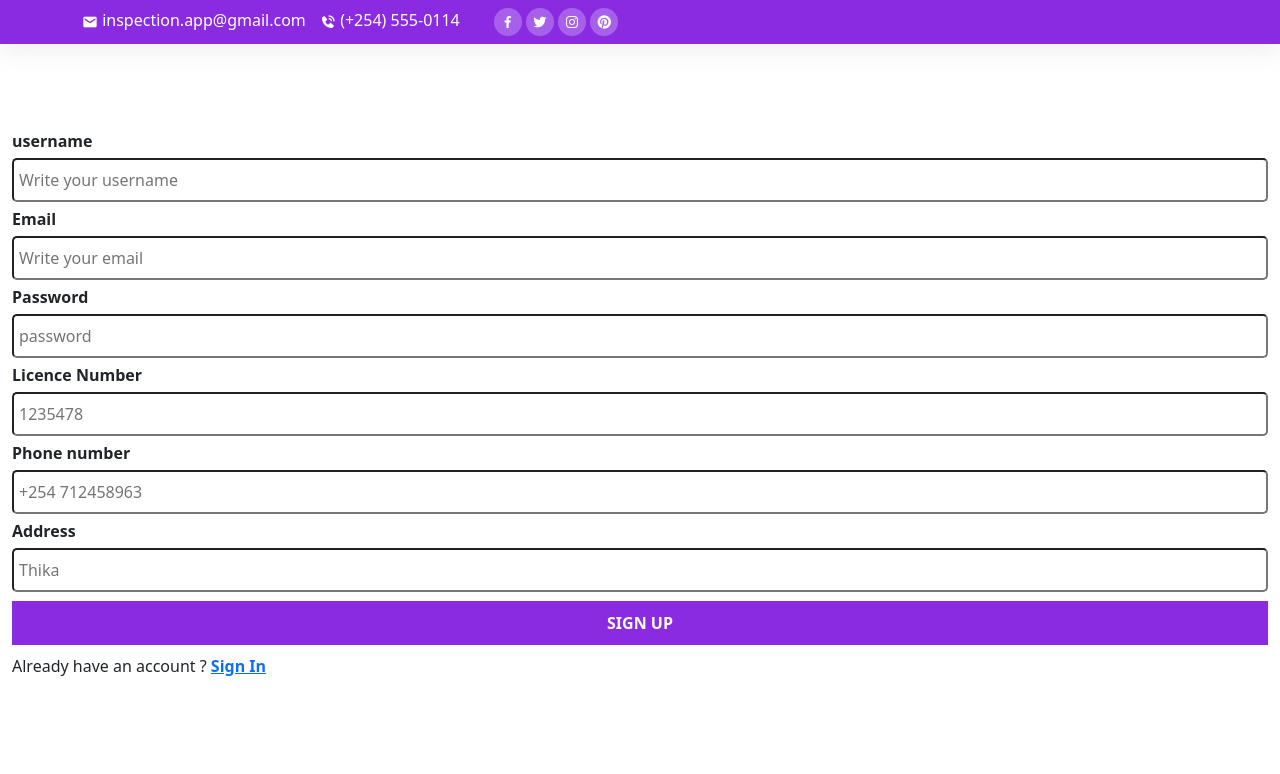
Repository: NDISHAW/Inspectionapp-rails
Page: public/signup.html
An editor plug-in stored every save of this project. The page is shown before and after a run of saves, followed by the edit.
The browser window is 1280 px wide. The pictures show the whole page.

Above is the page before, as saved 2022-10-09 04:21:11.

After the next 2 saves:
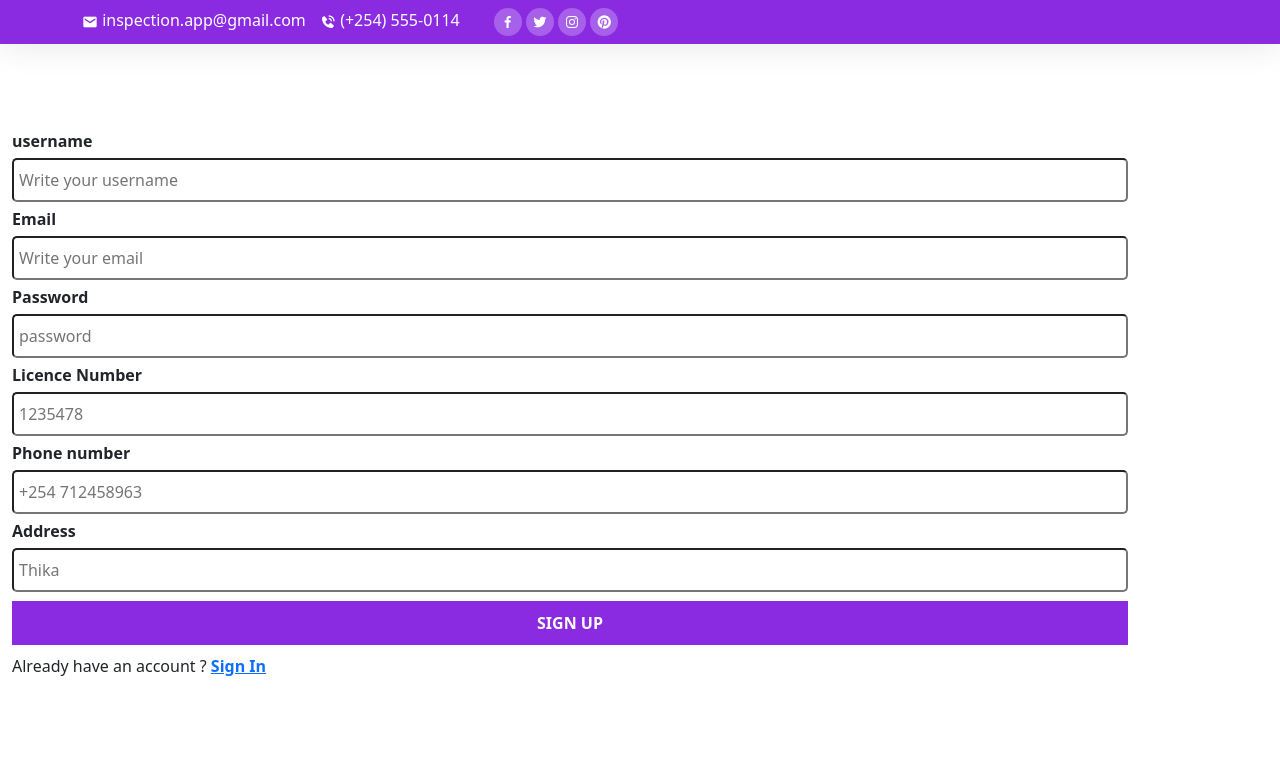
The 2 saves are shown as one change because they came seconds apart.
The last was saved 7 s later.
--- a/public/signup.html
+++ b/public/signup.html
@@ -35,7 +35,7 @@
       </div>
     <section id="about">
       <div class="container-fluid">
-    <div class="row md">
+    <div class="row modal-xl">
       <div class="justify-content-center flex">
       <!-- username  -->
       <div class="username">
